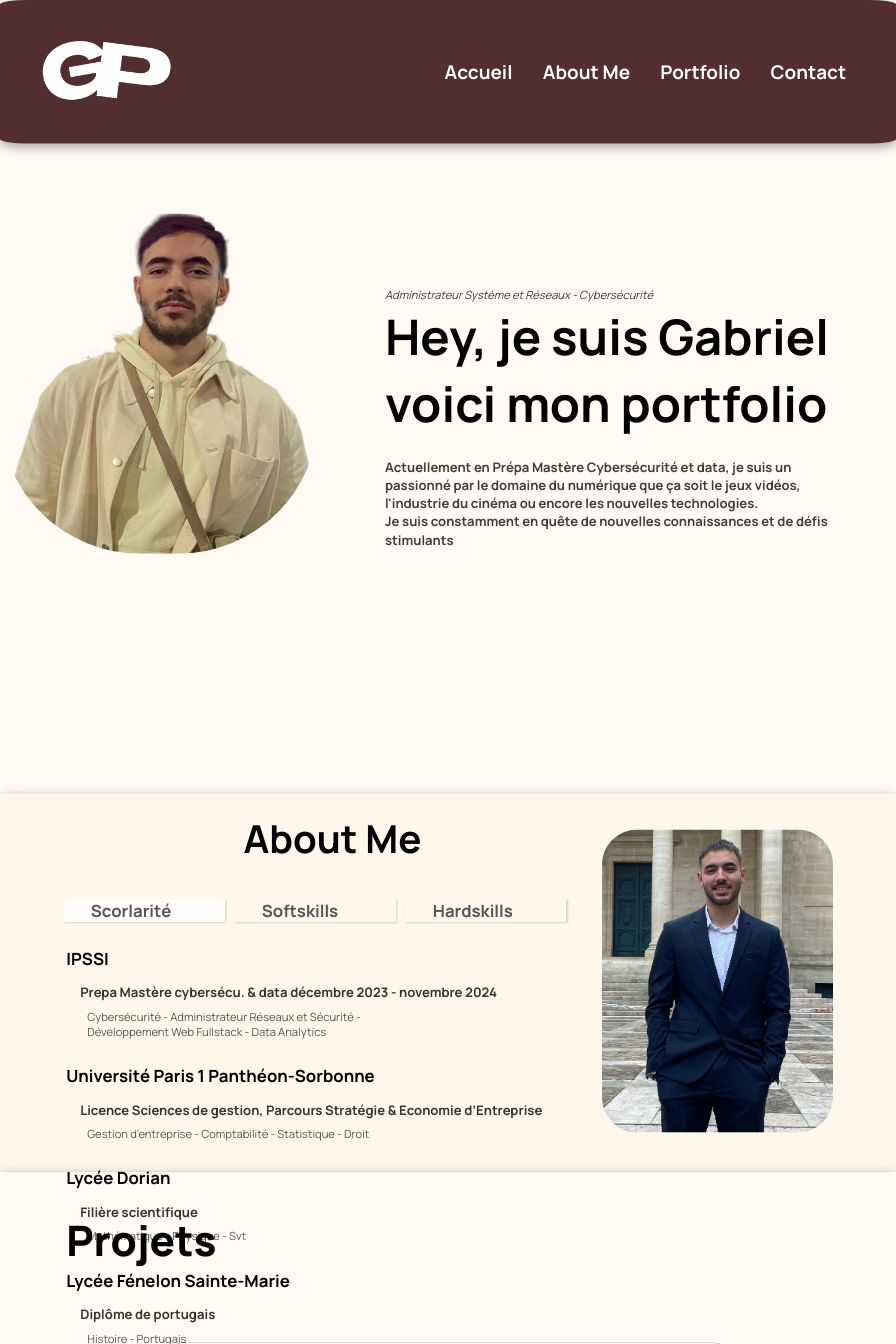
Repository: Gabtorinho25/Portfolio-Web-Site
Page: index.html
The author's editor kept a copy of each file at every save. The page is drawn from the files as they stood at one save, then again after the next save.
The browser window is 1280 px wide. The pictures show the part of the page from y = 0 to 1920 px (the page is 3744 px tall), at 70% of full size.

Above is the page before, as saved 2024-04-17 16:04:40.

After the next save:
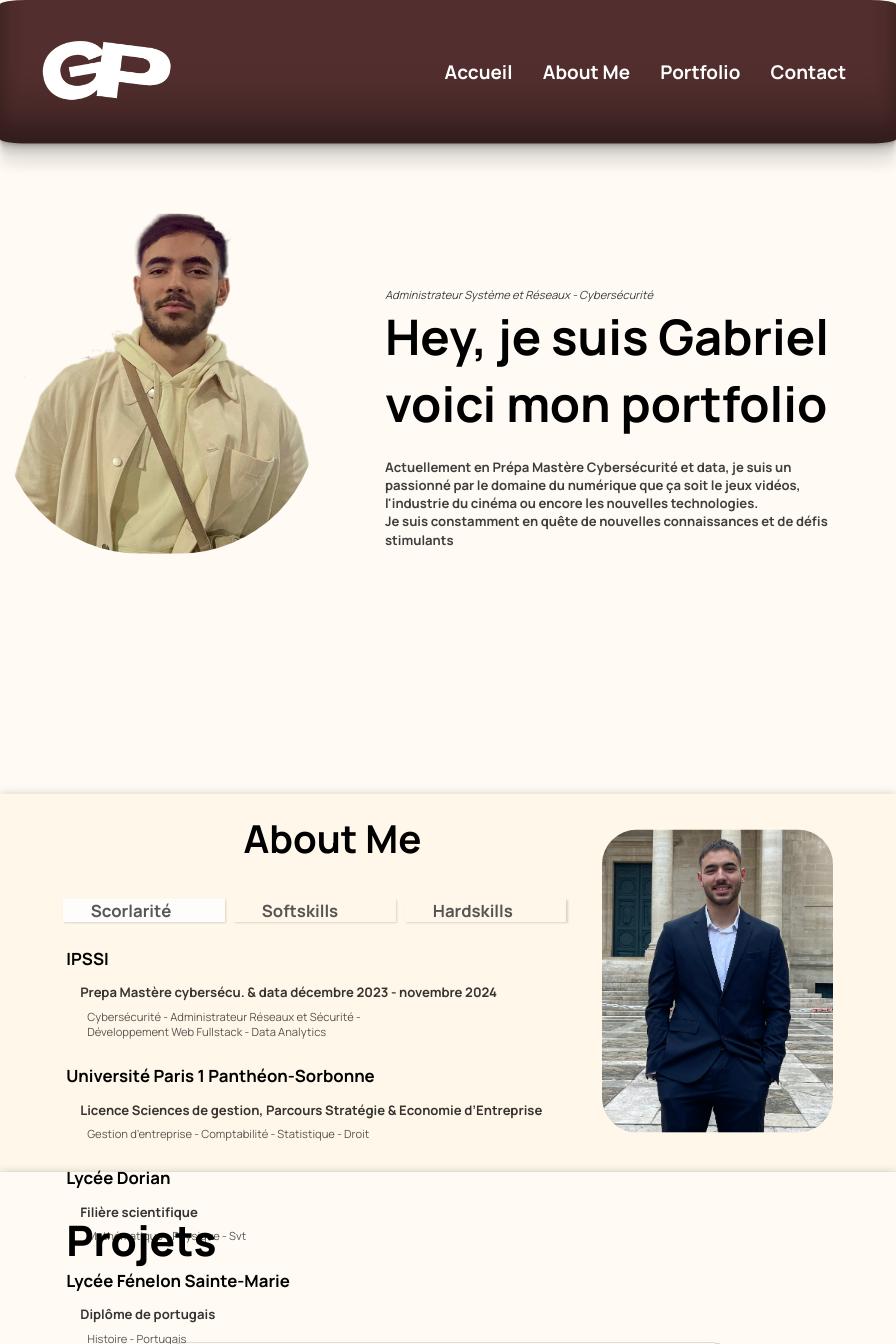
Saved 21 s later.
--- a/index.html
+++ b/index.html
@@ -20,7 +20,7 @@
   <body>
     <header>
       <div class=" relative" id="header">
-        <nav class="shadow">
+        <nav class="shadow-footer">
           <a href="http://127.0.0.1:5500/">
             <img class="logo white-filter-logo" src="/Image/Logo.png" alt="logo"
           /></a>
